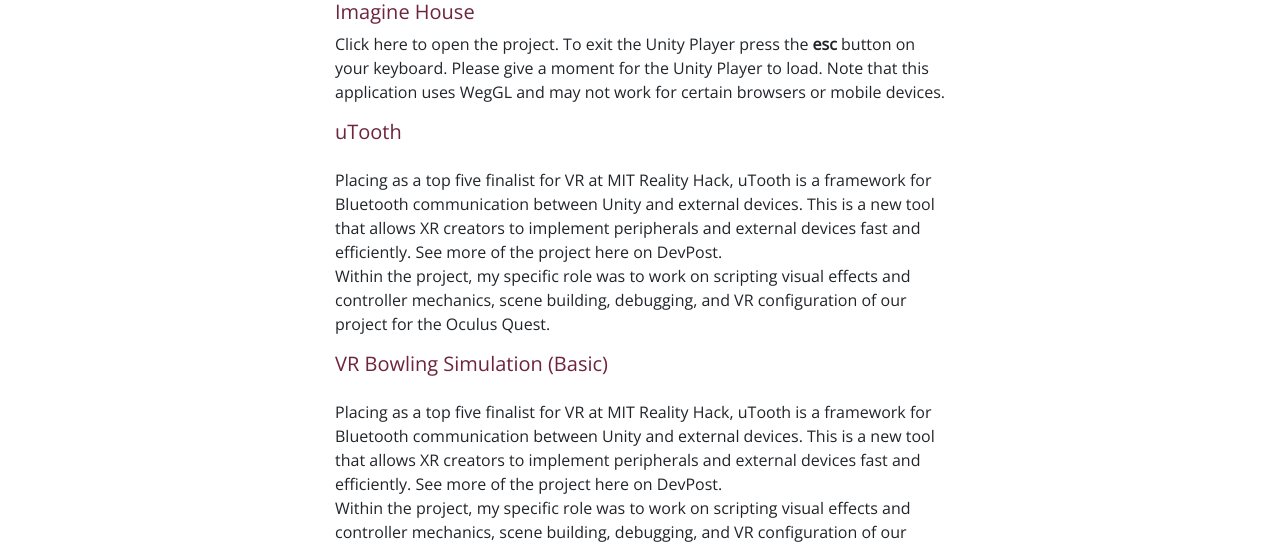
Repository: ceiselm/ceiselm.github.io
Page: subpages/virtualreality.html
An editor plug-in stored every save of this project. The page is shown before and after the next save, followed by the edit.
The browser window is 1280 px wide. The pictures show the part of the page from y = 1197 to 1741 px (the page is 2218 px tall before and 2194 px after).
Pictures or frames that could not be fetched are drawn as grey boxes.

Above is the page before, as saved 2020-12-02 02:19:38.
Console error: TypeError: $(...).slick is not a function

After the next save:
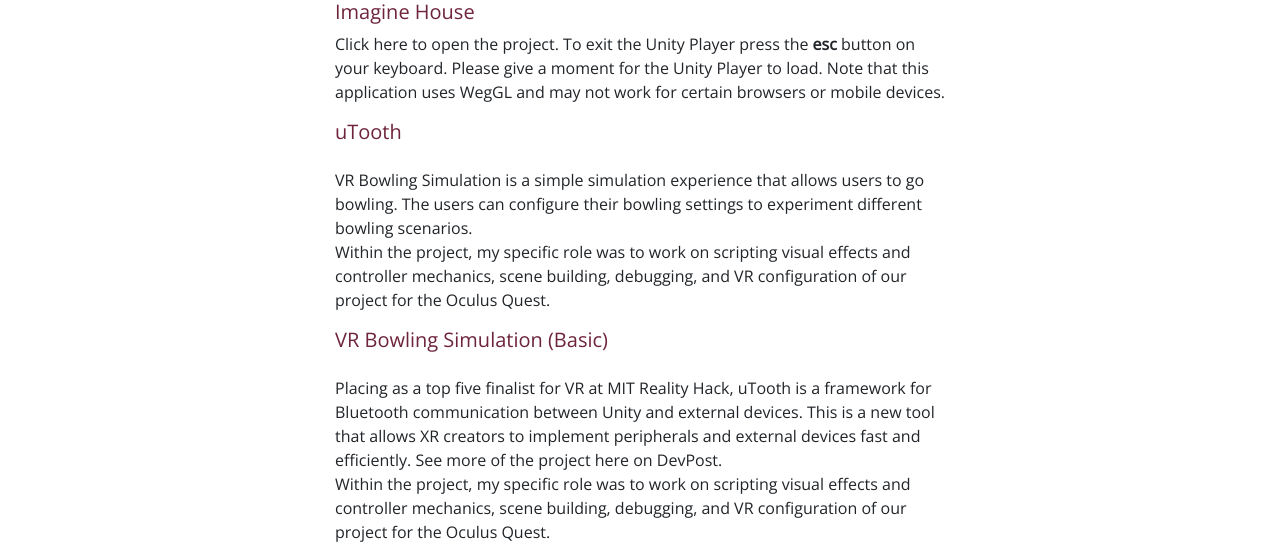
Saved 2 min 12 s later.
--- a/subpages/virtualreality.html
+++ b/subpages/virtualreality.html
@@ -187,19 +187,9 @@
                                             <div class="row justify-content-center">
                                                 <div class="col">
                                                     <p align="left">
-                                                    <div class="words"> Placing as a top five finalist for VR at <a
-                                                            class="clickme" target="_blank"
-                                                            href="https://www.mitrealityhack.com/">MIT
-                                                            Reality Hack</a>,
-                                                        <a class="clickme" target="_blank"
-                                                            href="https://devpost.com/software/utooth">uTooth</a> is a
-                                                        framework for Bluetooth communication between Unity and external
-                                                        devices. This is a new tool that allows XR creators to implement
-                                                        peripherals and external devices fast and efficiently. See more
-                                                        of
-                                                        the project <a class="clickme" target="_blank"
-                                                            href="https://devpost.com/software/utooth">here</a>
-                                                        on DevPost.
+                                                    <div class="words"> VR Bowling Simulation is a
+                                                        simple simulation experience that allows users to go bowling. The users
+                                                        can configure their bowling settings to experiment different bowling scenarios.
                                                     </div>
                                                     <div class="words">
                                                         Within the project, my specific role was to work on scripting
